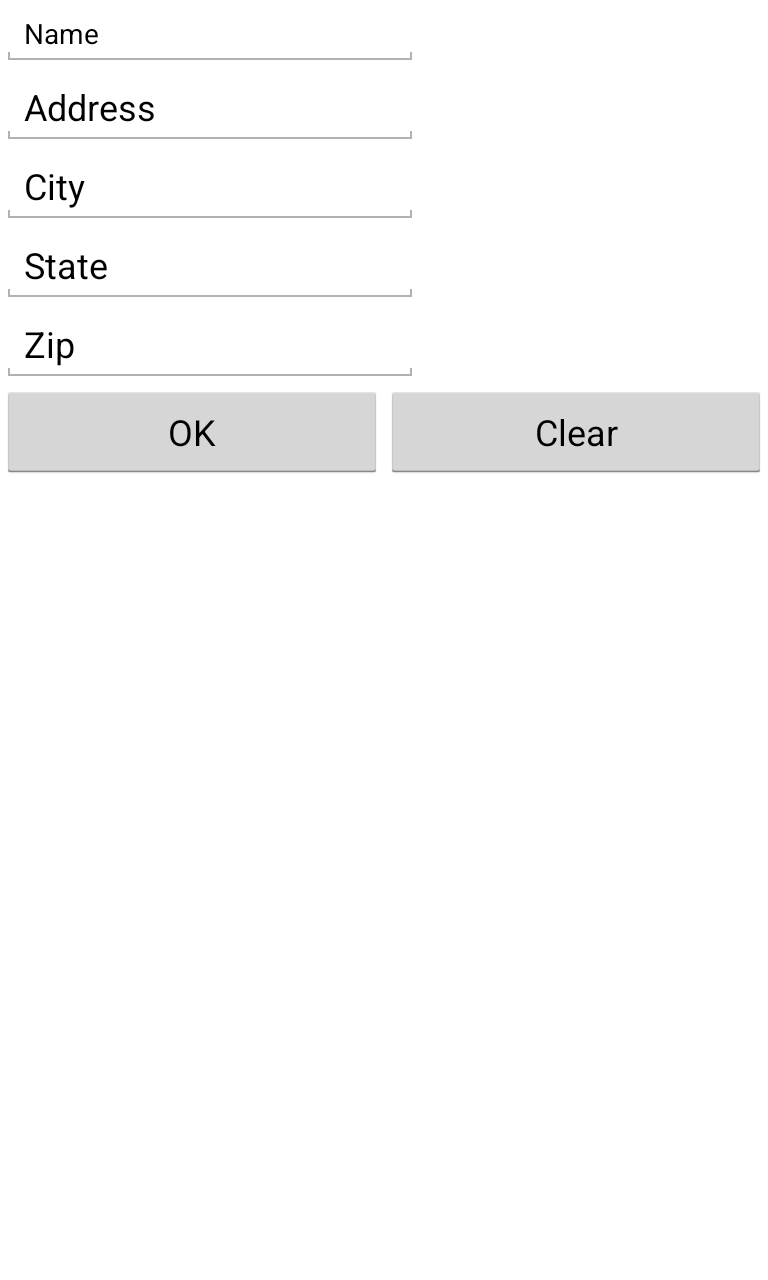
Repository: tavedroid/CIS240
Layout: AddressBook/res/layout/activity_main.xml
These files come from the project's save history. The layout is drawn as it stood at one moment and after the next save; the edit follows.
It is drawn on a 768 x 1280 px phone screen (xhdpi) without system bars, with theme AppTheme; the app's code is not run.

Above is the layout before, as saved 2012-09-14 00:14:14.

After the next save:
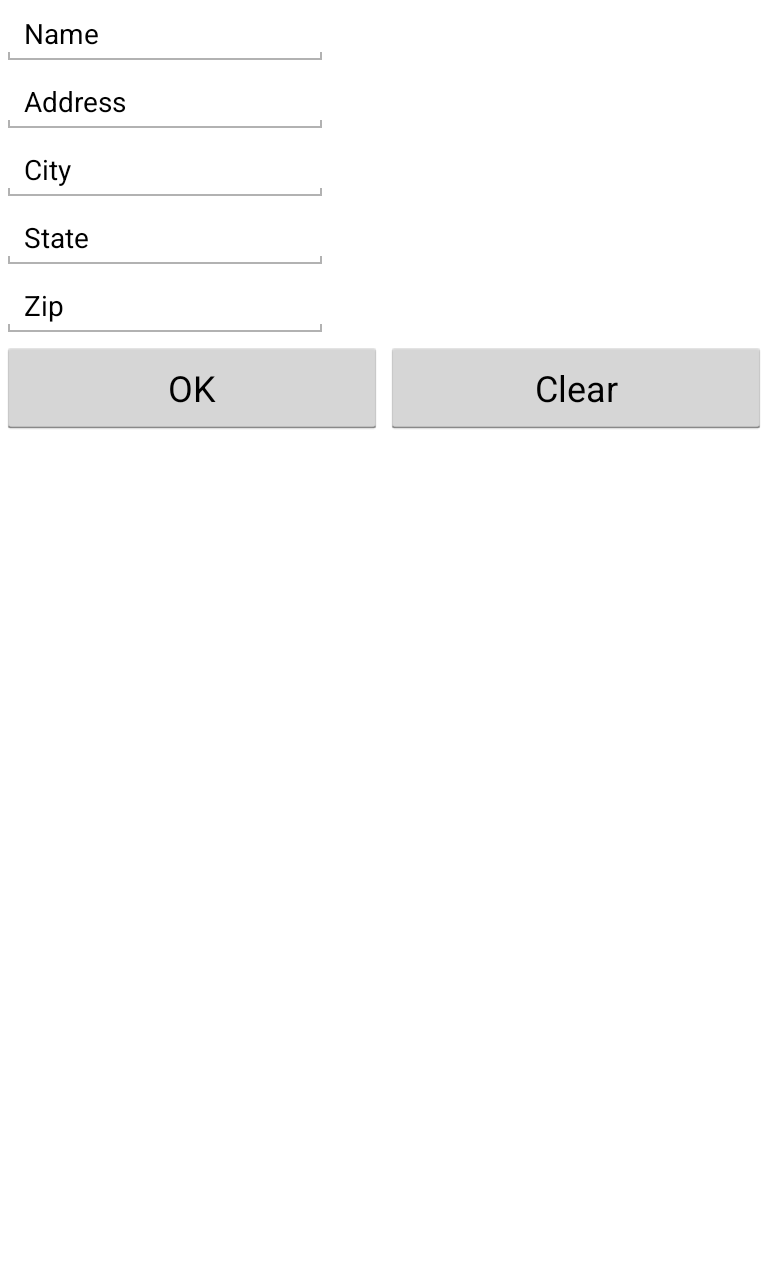
Saved 103 s later.
--- a/AddressBook/res/layout/activity_main.xml
+++ b/AddressBook/res/layout/activity_main.xml
@@ -39,6 +39,7 @@
             android:ems="10"
             android:inputType="textPostalAddress"
             android:selectAllOnFocus="true"
+            android:textSize="14sp"
             android:text="Address" />
 
     </TableRow>
@@ -54,6 +55,7 @@
             android:layout_height="wrap_content"
             android:ems="10"
             android:selectAllOnFocus="true"
+            android:textSize="14sp"
             android:text="City" />
 
     </TableRow>
@@ -69,6 +71,7 @@
             android:layout_height="wrap_content"
             android:ems="10"
             android:selectAllOnFocus="true"
+            android:textSize="14sp"
             android:text="State" />
 
     </TableRow>
@@ -84,6 +87,7 @@
             android:layout_height="wrap_content"
             android:ems="10"
             android:selectAllOnFocus="true"
+            android:textSize="14sp"
             android:text="Zip" />
 
     </TableRow>
